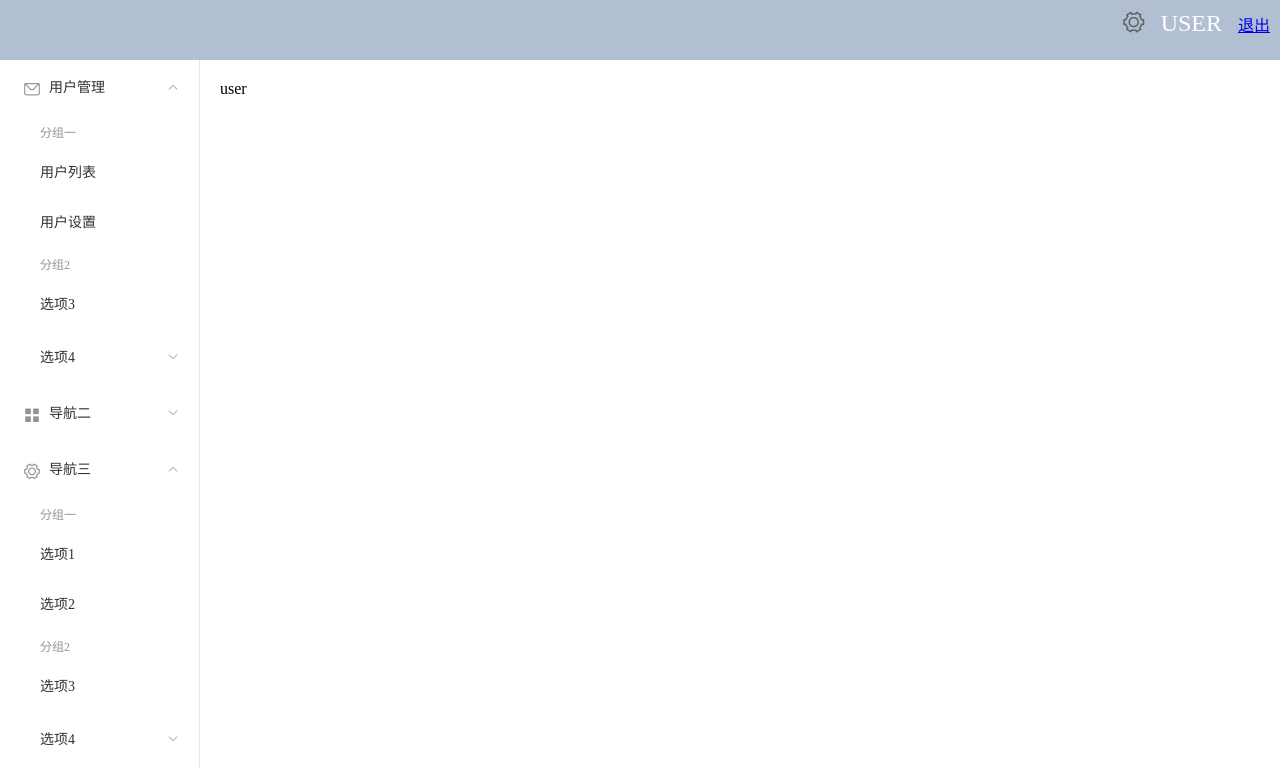
Repository: euphor1azzy/testlist
Page: /#/users (app in list/)
These files come from the project's save history. The page is drawn as it stood at one moment and after the next save; the edit follows.
The browser window is 1280 px wide. The pictures show the whole page.
The project was rebuilt for these pictures with package versions that can differ from the ones it lists, and the page was loaded fresh each time. Also part of the build but not shown: list/src/views/login/login.vue.

Above is the page before, as saved 2020-08-25 15:55:47.

### list/src/main.js
// 引入组件
import Vue from 'vue'
import ElementUI from 'element-ui';
import App from './App.vue'
import router from './router'
import MyHttpServer from './plugins/http'
Vue.use(router);


// 引入css文件
import './assets/css/reset.css'
import 'element-ui/lib/theme-chalk/index.css';


//使用插件
Vue.use(ElementUI)
Vue.use(MyHttpServer)
Vue.config.productionTip = false


new Vue({
    el: '#app',
    router,
    render: h => h(App)
}).$mount('#app')

### list/src/App.vue
<template>
  <div id="app" >

    <router-view></router-view>
  </div>
</template>

<script>

</script>

<style>
#app{

  height:100vh
}
</style>

### list/src/router/index.js
import Vue from 'vue'
import Router from 'vue-router'
import Home from '../views/home.vue'
import Login from '../views/login/login.vue'
import Users from '../components/users/users.vue'



Vue.use(Router);



export default new Router({
    routes: [{
            path: '/',
            name: 'Home',
            component: Home,
            children: [{
                name: 'Users',
                path: 'users',
                component: Users
            }]

        },
        {
            name: 'Login',
            path: '/login',
            component: Login
        }
    ]
});

### list/src/plugins/http.js
//将axios改为插件
import axios from 'axios'
const MyHttpServer = {}


MyHttpServer.install = (Vue) => {
    axios.defaults.baseURL = 'http://localhost:8888/api/private/v1/'

    // 添加实例方法
    Vue.prototype.$http = axios

}

export default MyHttpServer

### list/src/assets/css/reset.css
/*! minireset.css v0.0.2 | MIT License | github.com/jgthms/minireset.css */

html,
body,
p,
ol,
ul,
li,
dl,
dt,
dd,
blockquote,
figure,
fieldset,
legend,
textarea,
pre,
iframe,
hr,
h1,
h2,
h3,
h4,
h5,
h6 {
    /* height: 100%; */
    margin: 0;
    padding: 0;
}

h1,
h2,
h3,
h4,
h5,
h6 {
    font-size: 100%;
    font-weight: normal;
}

ul {
    list-style: none;
}

button,
input,
select,
textarea {
    margin: 0;
}

html {
    box-sizing: border-box;
}

* {
    box-sizing: inherit;
}

*:before,
*:after {
    box-sizing: inherit;
}

img,
embed,
object,
audio,
video {
    height: auto;
    max-width: 100%;
}

iframe {
    border: 0;
}

table {
    border-collapse: collapse;
    border-spacing: 0;
}

td,
th {
    padding: 0;
    text-align: left;
}

### list/src/views/home.vue
<template>
  <!-- 侧边栏 -->
  <div class="con">
    <v-appnav></v-appnav>
    <v-appslider></v-appslider>

    <!-- 内容 -->
   <!-- <v-list></v-list> -->
   <el-main class="main">
     <router-view></router-view>
   </el-main>
    <router-link></router-link>
  </div>
</template>

<script>
// 导入组件

import AppNav from "../components/common/appnav";
import AppSlider from "../components/common/appslider";
// import List from "../components/list/list";

export default {
  name: "Home",
  // 注册组件
  components: {
    "v-appnav": AppNav,
    "v-appslider": AppSlider,
    // "v-list": List,
  },
};
</script>

<style>
.con {
  height: 100%;
  display: flex;
  flex: auto;
  flex-flow: row wrap;
  justify-content: flex-start;
}
</style>

### list/src/components/users/users.vue
<template>
 <div>user</div>
</template>

<script>
export default {

}
</script>

<style>

</style>

### list/src/components/common/appnav.vue
<template>
  <el-header class="nav">
    <el-dropdown>
      <i class="el-icon-setting" style="margin-right: 15px"></i>
      <el-dropdown-menu slot="dropdown">
        <el-dropdown-item>查看</el-dropdown-item>
        <el-dropdown-item>新增</el-dropdown-item>
        <el-dropdown-item>删除</el-dropdown-item>
      </el-dropdown-menu>
    </el-dropdown>
    <span>USER</span>
    <router-link to="/login" style="padding-left:16px;font-size:16px"
      >退出</router-link
    >
  </el-header>
</template>

<script>
export default {
  name: "AppNav",
};
</script>

<style scoped>

.nav {
  padding: 10px;
  text-align: right;
  font-size: 24px;
  width: 100%;
  color: #fff;
  background-color: #b2bfd2;
}
.el-icon-setting::before {
  font-size: 24px;
}
</style>

### list/src/components/common/appslider.vue
<template>
   <!-- <el-container style="height: 100%; border: 1px solid #eee"> -->
      <el-aside width="200px" style="background-color: rgb(238, 241, 246)">
        <el-menu :default-openeds="['1', '3']">
          <el-submenu index="1">
            <template slot="title">
              <i class="el-icon-message"></i>用户管理
            </template>
            <el-menu-item-group>
              <template slot="title">分组一</template>
              <el-menu-item index="1-1">用户列表</el-menu-item>
              <el-menu-item index="1-2">用户设置</el-menu-item>
            </el-menu-item-group>
            <el-menu-item-group title="分组2">
              <el-menu-item index="1-3">选项3</el-menu-item>
            </el-menu-item-group>
            <el-submenu index="1-4">
              <template slot="title">选项4</template>
              <el-menu-item index="1-4-1">选项4-1</el-menu-item>
            </el-submenu>
          </el-submenu>
          <el-submenu index="2">
            <template slot="title">
              <i class="el-icon-menu"></i>导航二
            </template>
            <el-menu-item-group>
              <template slot="title">分组一</template>
              <el-menu-item index="2-1">选项1</el-menu-item>
              <el-menu-item index="2-2">选项2</el-menu-item>
            </el-menu-item-group>
            <el-menu-item-group title="分组2">
              <el-menu-item index="2-3">选项3</el-menu-item>
            </el-menu-item-group>
            <el-submenu index="2-4">
              <template slot="title">选项4</template>
              <el-menu-item index="2-4-1">选项4-1</el-menu-item>
            </el-submenu>
          </el-submenu>
          <el-submenu index="3">
            <template slot="title">
              <i class="el-icon-setting"></i>导航三
            </template>
            <el-menu-item-group>
              <template slot="title">分组一</template>
              <el-menu-item index="3-1">选项1</el-menu-item>
              <el-menu-item index="3-2">选项2</el-menu-item>
            </el-menu-item-group>
            <el-menu-item-group title="分组2">
              <el-menu-item index="3-3">选项3</el-menu-item>
            </el-menu-item-group>
            <el-submenu index="3-4">
              <template slot="title">选项4</template>
              <el-menu-item index="3-4-1">选项4-1</el-menu-item>
            </el-submenu>
          </el-submenu>
        </el-menu>
      </el-aside>
   <!-- </el-container> -->
</template>

<script>
export default {

}
</script>

<style>

</style>

Loaded but not shown: list/public/index.html (common file)

After the next save:
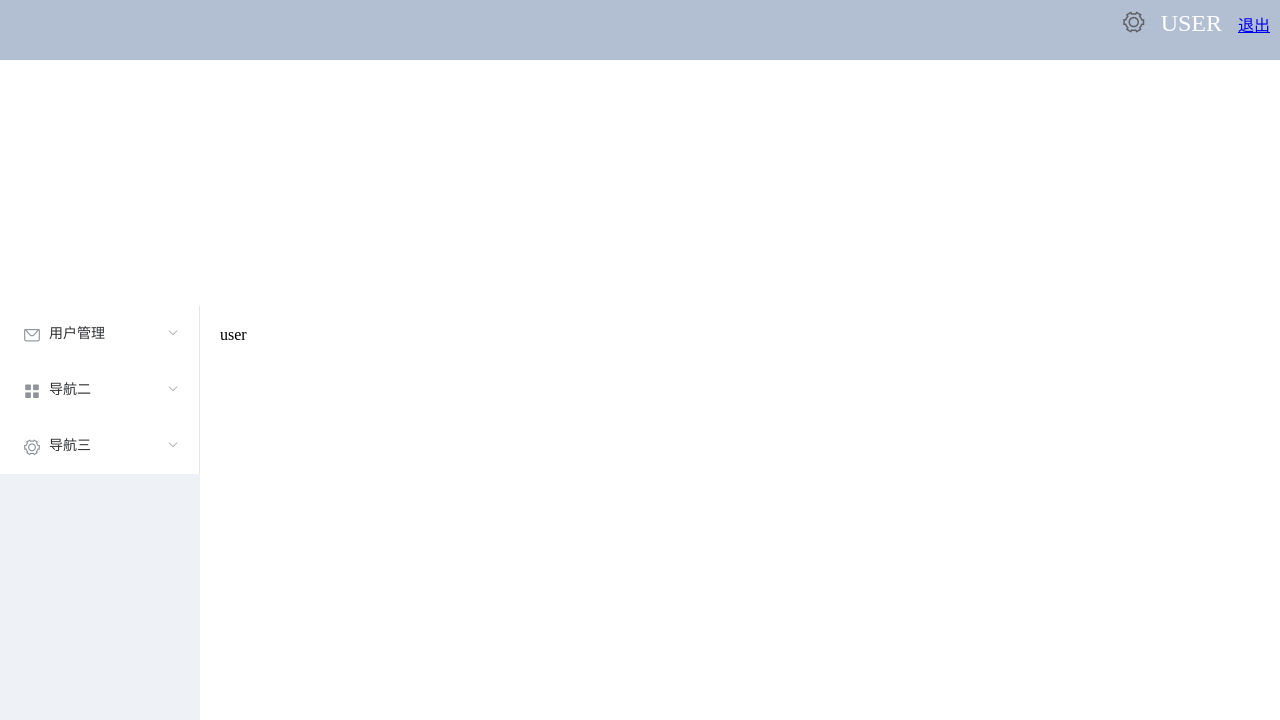
Saved 30 s later.
--- a/list/src/components/common/appslider.vue
+++ b/list/src/components/common/appslider.vue
@@ -1,14 +1,15 @@
 <template>
    <!-- <el-container style="height: 100%; border: 1px solid #eee"> -->
       <el-aside width="200px" style="background-color: rgb(238, 241, 246)">
-        <el-menu :default-openeds="['1', '3']">
+        <el-menu :unique-opened="true"
+        :router="true">
           <el-submenu index="1">
             <template slot="title">
               <i class="el-icon-message"></i>用户管理
             </template>
             <el-menu-item-group>
               <template slot="title">分组一</template>
-              <el-menu-item index="1-1">用户列表</el-menu-item>
+              <el-menu-item index="users">用户列表</el-menu-item>
               <el-menu-item index="1-2">用户设置</el-menu-item>
             </el-menu-item-group>
             <el-menu-item-group title="分组2">
